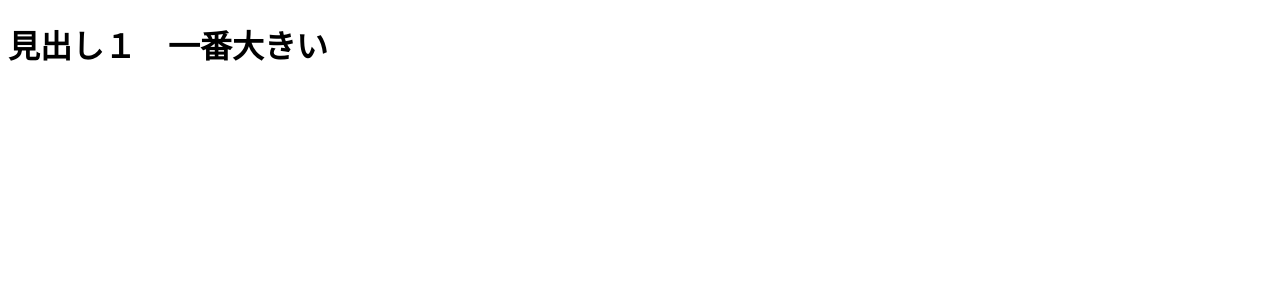
Repository: Jutta197/frontend726
Page: heading.html
An editor plug-in stored every save of this project. The page is shown before and after the next save, followed by the edit.
The browser window is 1280 px wide. The pictures show the whole page.

Above is the page before, as saved 2023-07-27 09:45:44.

### heading.html
<!DOCTYPE html>
<html lang="en">

<head>
    <meta charset="UTF-8">
    <meta http-equiv="X-UA-Compatible" content="IE=edge">
    <meta name="viewport" content="width=device-width, initial-scale=1.0">
    <title>Document</title>
</head>

<body>
    <h1>見出し１　一番大きい</h1>
</body>

</html>

After the next save:
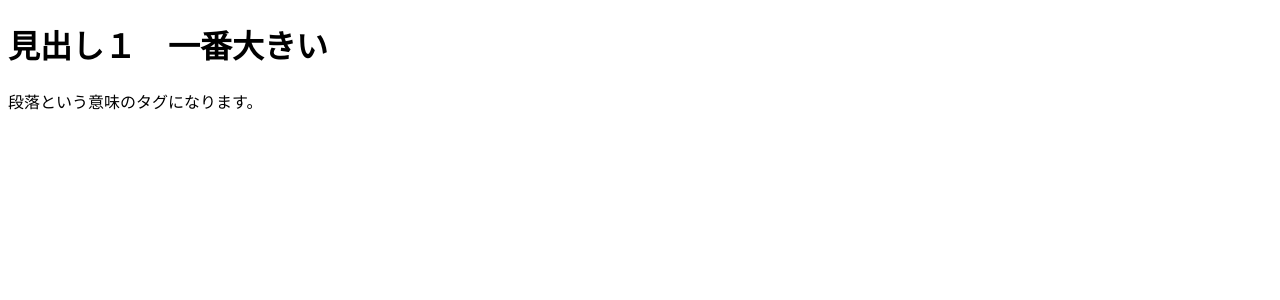
Saved 19 min 11 s later.
--- a/heading.html
+++ b/heading.html
@@ -10,6 +10,7 @@
 
 <body>
     <h1>見出し１　一番大きい</h1>
+    <p>段落という意味のタグになります。</p>
 </body>
 
 </html>
